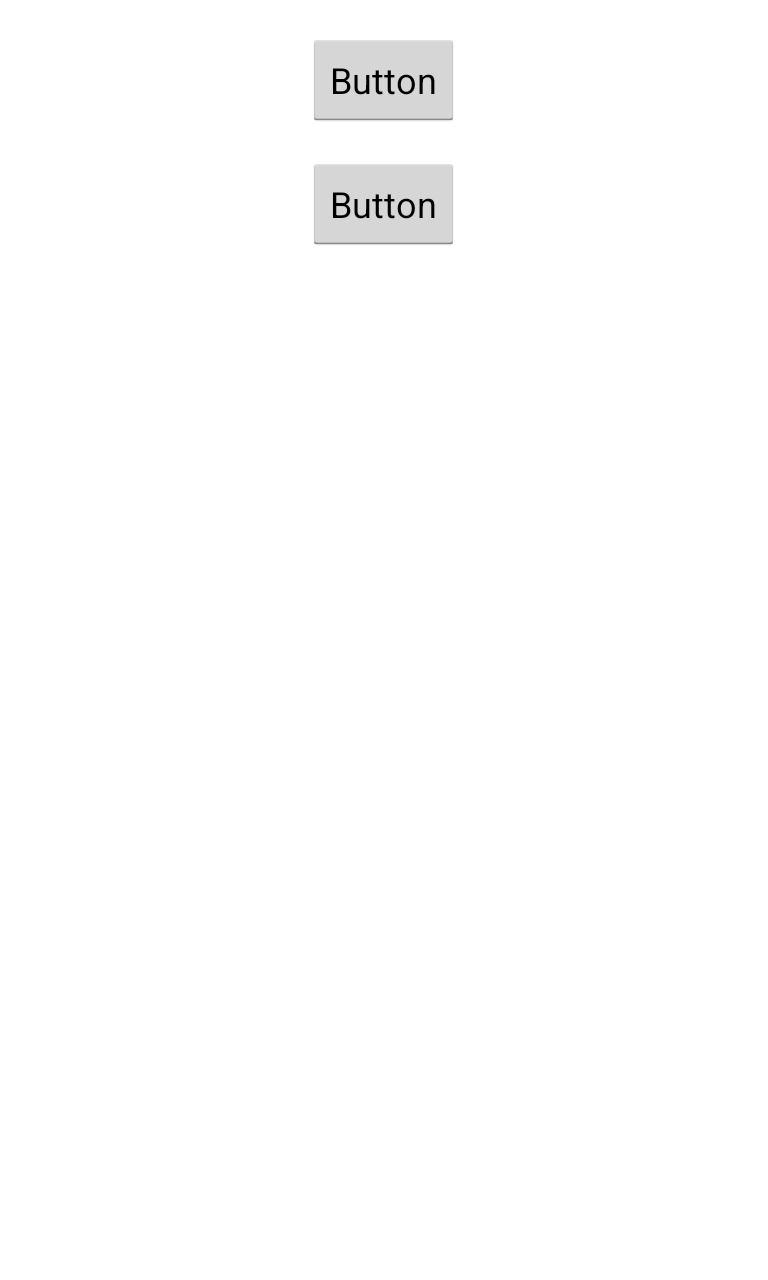
Repository: HGtz2222/LearningAndroid
Layout: test1/test1/res/layout/activity_main.xml
The author's editor kept a copy of each file at every save. The layout is drawn from the files as they stood at one save, then again after the next save.
It is drawn on a 768 x 1280 px phone screen (xhdpi) without system bars, with theme AppTheme; the app's code is not run.

Above is the layout before, as saved 2014-09-09 10:24:14.

After the next save:
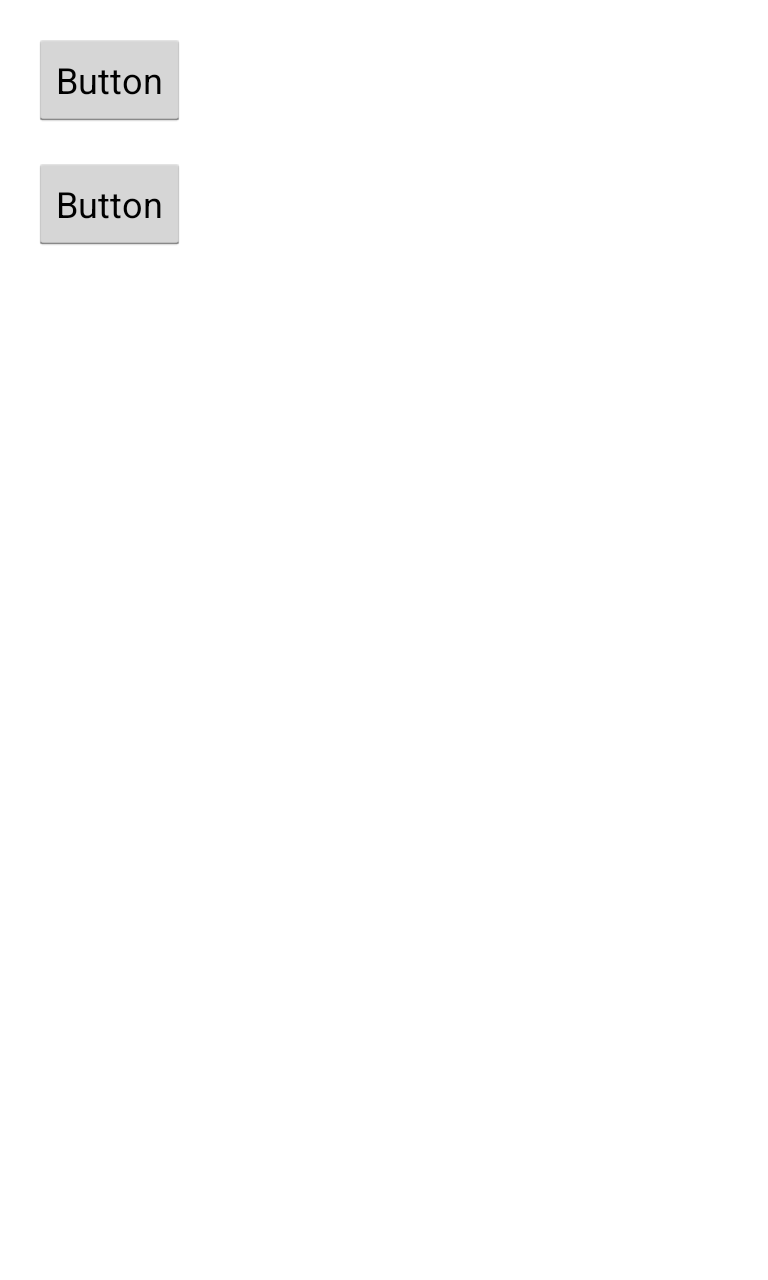
Saved 20 s later.
--- a/test1/test1/res/layout/activity_main.xml
+++ b/test1/test1/res/layout/activity_main.xml
@@ -8,20 +8,27 @@
     android:paddingTop="@dimen/activity_vertical_margin"
     tools:context=".MainActivity" >
 
-    <Button
-        android:id="@+id/button2"
+    <LinearLayout
+        android:id="@+id/linear"
         android:layout_width="wrap_content"
         android:layout_height="wrap_content"
-        android:layout_centerHorizontal="true"
-        android:text="Button" />
+        android:orientation="vertical" >
 
-    <Button
-        android:id="@+id/Button01"
-        android:layout_width="wrap_content"
-        android:layout_height="wrap_content"
-        android:layout_alignLeft="@+id/button2"
-        android:layout_below="@+id/button2"
-        android:layout_marginTop="14dp"
-        android:text="Button" />
+        <Button
+            android:id="@+id/button2"
+            android:layout_width="wrap_content"
+            android:layout_height="wrap_content"
+            android:layout_centerHorizontal="true"
+            android:text="Button" />
+
+        <Button
+            android:id="@+id/Button01"
+            android:layout_width="wrap_content"
+            android:layout_height="wrap_content"
+            android:layout_alignLeft="@+id/button2"
+            android:layout_below="@+id/button2"
+            android:layout_marginTop="14dp"
+            android:text="Button" />
+    </LinearLayout>
 
 </RelativeLayout>
